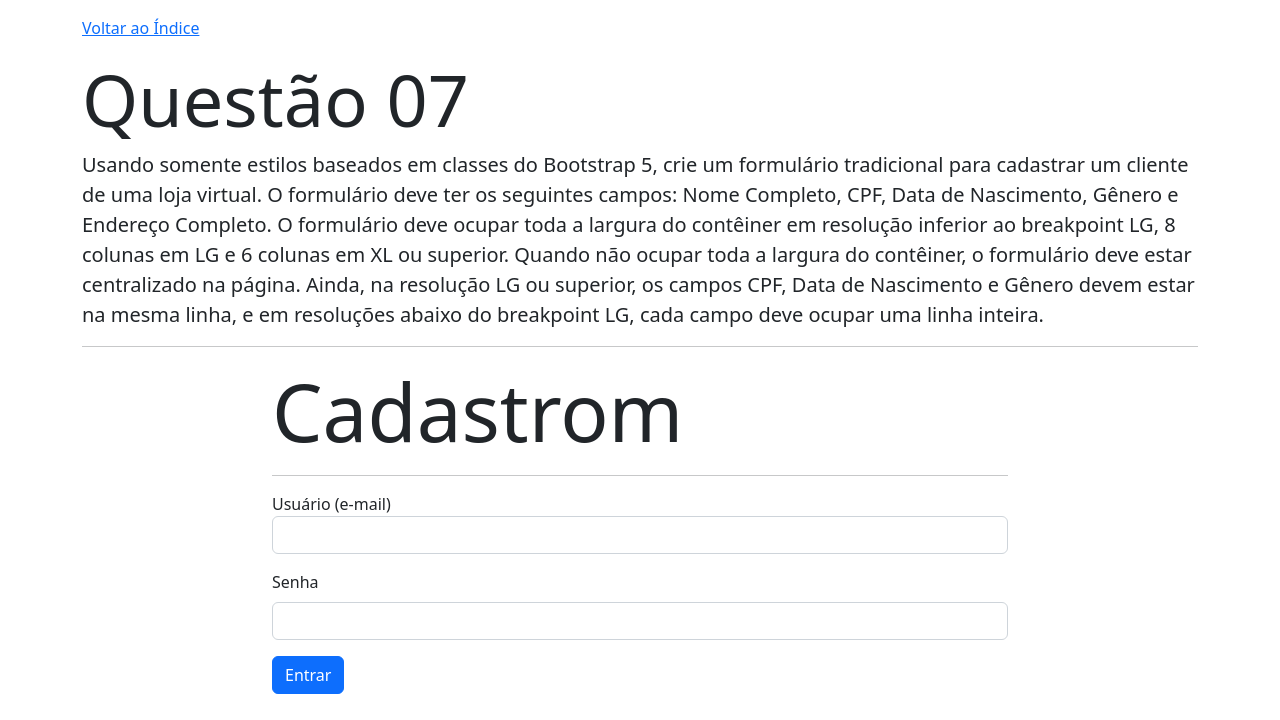
Repository: In-Game-full/Reprograme-se
Page: S-8/Atividade-Pratica-da-Semana-3-do-Replit/questao07.html
The author's editor kept a copy of each file at every save. The page is drawn from the files as they stood at one save, then again after the next save.
The browser window is 1280 px wide. The pictures show the whole page.

Above is the page before, as saved 2023-09-12 15:22:07.

### S-8/Atividade-Pratica-da-Semana-3-do-Replit/questao07.html
<!DOCTYPE html>
<html lang="pt-br">

<head>
    <meta charset="UTF-8">
    <meta http-equiv="X-UA-Compatible" content="IE=edge">
    <meta name="viewport" content="width=device-width, initial-scale=1.0">
    <link href="https://cdn.jsdelivr.net/npm/bootstrap@5.2.2/dist/css/bootstrap.min.css" rel="stylesheet">
    <link href="https://cdn.jsdelivr.net/npm/bootstrap-icons@1.10.2/font/bootstrap-icons.css" rel="stylesheet">
    <script src="https://cdn.jsdelivr.net/npm/bootstrap@5.2.2/dist/js/bootstrap.bundle.min.js"></script>
    <title>Questão 07</title>
</head>

<body>
    <div class="container my-3">
        <p><a href="index.html">Voltar ao Índice</a></p>
        <h1 class="display-2">Questão 07</h1>
        <p class="lead">Usando somente estilos baseados em classes do Bootstrap 5, crie um formulário tradicional para cadastrar um cliente de uma loja virtual. O formulário deve ter os seguintes campos: Nome Completo, CPF, Data de Nascimento, Gênero e Endereço Completo. O formulário deve ocupar toda a largura do contêiner em resolução inferior ao breakpoint LG, 8 colunas em LG e 6 colunas em XL ou superior. Quando não ocupar toda a largura do contêiner, o formulário deve estar centralizado na página. Ainda, na resolução LG ou superior, os campos CPF, Data de Nascimento e Gênero devem estar na mesma linha, e em resoluções abaixo do breakpoint LG, cada campo deve ocupar uma linha inteira.</p>
        <hr>
    </div>
    <!-- Valor: 1.5 pontos -->
    <!-- FAZER AQUI -->
    <div class="container">
        <div class="row justify-content-center">
            <div class="col-8">
                <h1 class="display-1">Cadastrom</h1>
                <hr>
                <form action="">
                    <div class="mb-3">
                        <label for="" cass="form-label">Usuário (e-mail)</label>
                        <input type="text" class="form-control">
                    </div>
                    <div class="mb-3">
                        <label for="" class="form-label">Senha</label>
                        <input type="text" class="form-control">
                    </div>
                    <button type="submit" class="btn btn-primary">Entrar</button>
                </form>
            </div>
        </div>
    </div>
</body>

</html>

After the next save:
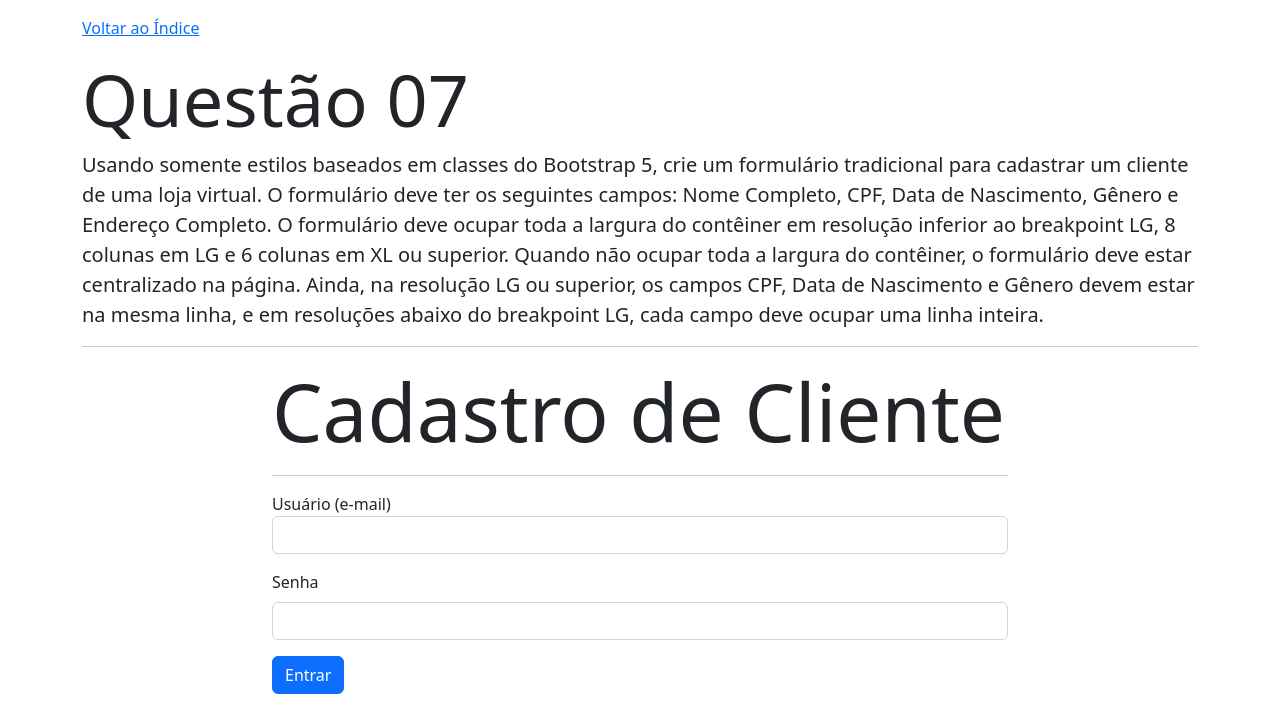
Saved 4 s later.
--- a/S-8/Atividade-Pratica-da-Semana-3-do-Replit/questao07.html
+++ b/S-8/Atividade-Pratica-da-Semana-3-do-Replit/questao07.html
@@ -23,7 +23,7 @@
     <div class="container">
         <div class="row justify-content-center">
             <div class="col-8">
-                <h1 class="display-1">Cadastrom</h1>
+                <h1 class="display-1">Cadastro de Cliente</h1>
                 <hr>
                 <form action="">
                     <div class="mb-3">
